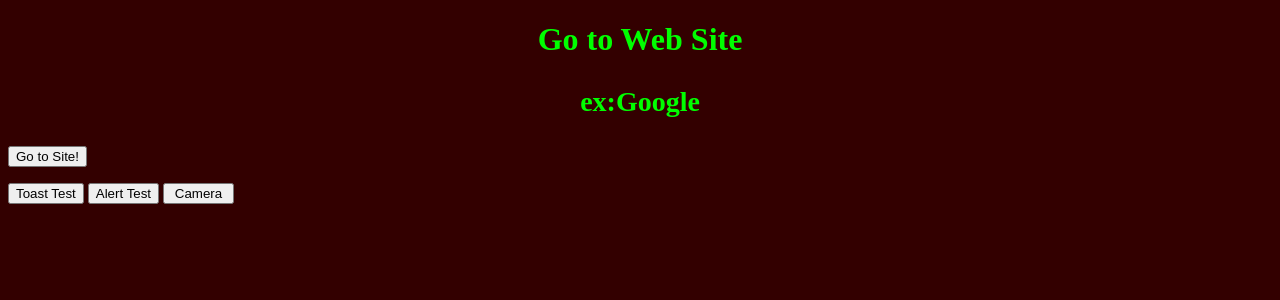
Repository: kenshiryu7/mdv-projects
Page: MDF3/project_4/Project4/assets/index.html
The author's editor kept a copy of each file at every save. The page is drawn from the files as they stood at one save, then again after the next save.
The browser window is 1280 px wide. The pictures show the whole page.

Above is the page before, as saved 2013-02-28 19:05:43.

### MDF3/project_4/Project4/assets/index.html
<!DOCTYPE html>
<html>
	<head>
	<meta http-equiv="Content-Type" content="text/html; charset=UTF-8">

	<title>The HTML Stuff</title>
	</head>


	<body>
	<h1>Go to Web Site</h1>
	<p id="mytext">ex:Google</p>



	<input type="button" value="Go to Site!" onclick="openWeb()"/>

	<p>
	<input type="button" value="Toast Test" onclick="showAndroidToast('I just wanted to tell the world that....I Like it Toasty!!!')"/>

	<input type="button" value="Alert Test" onclick="doAlert()"/>

	<input type="button" value=" Camera " onclick="openCamera()"/>
	</p>
	</body>



		<script type="text/javascript">

			function openWeb() {
				//document.getElementById("mytext").innerHTML = actualData;
				Android.openWebSite();
			};

			function showAndroidToast(toast) {
			//document.getElementById("mytext").innerHTML = "toast";
				Android.showToast(toast);

			};

			function doAlert(){
				Android.startAlert();
			};

			function openCamera(){
				Android.openTheCamera();
			};


			function callFromActivity(message) {
				document.getElementById("mytext").innerHTML = message;
			};



		</script>
		<style type ="text/css">
			body{
				color:#00FF00;
				font-weight:bold;
				background-color:#330000}

			h1{
				text-align:center}

			#mytext{
				text-align:center;
				font-size:175%}

		</style>
</html>

After the next save:
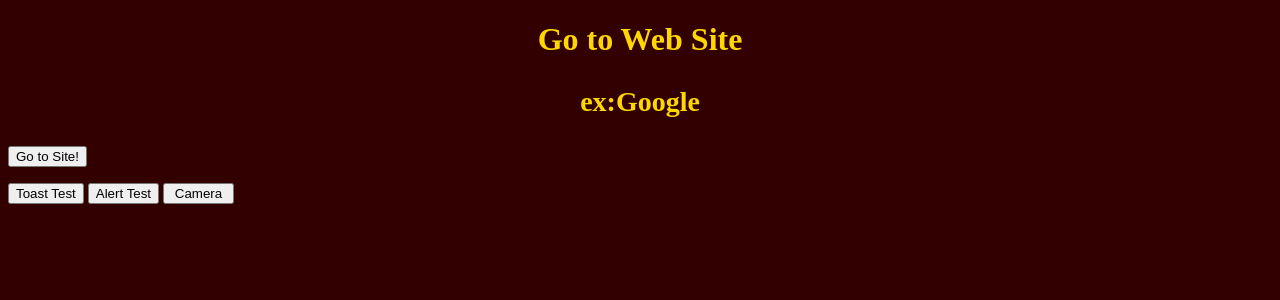
Saved 39 s later.
--- a/MDF3/project_4/Project4/assets/index.html
+++ b/MDF3/project_4/Project4/assets/index.html
@@ -57,7 +57,7 @@
 		</script>
 		<style type ="text/css">
 			body{
-				color:#00FF00;
+				color:#FFD700;
 				font-weight:bold;
 				background-color:#330000}
 
